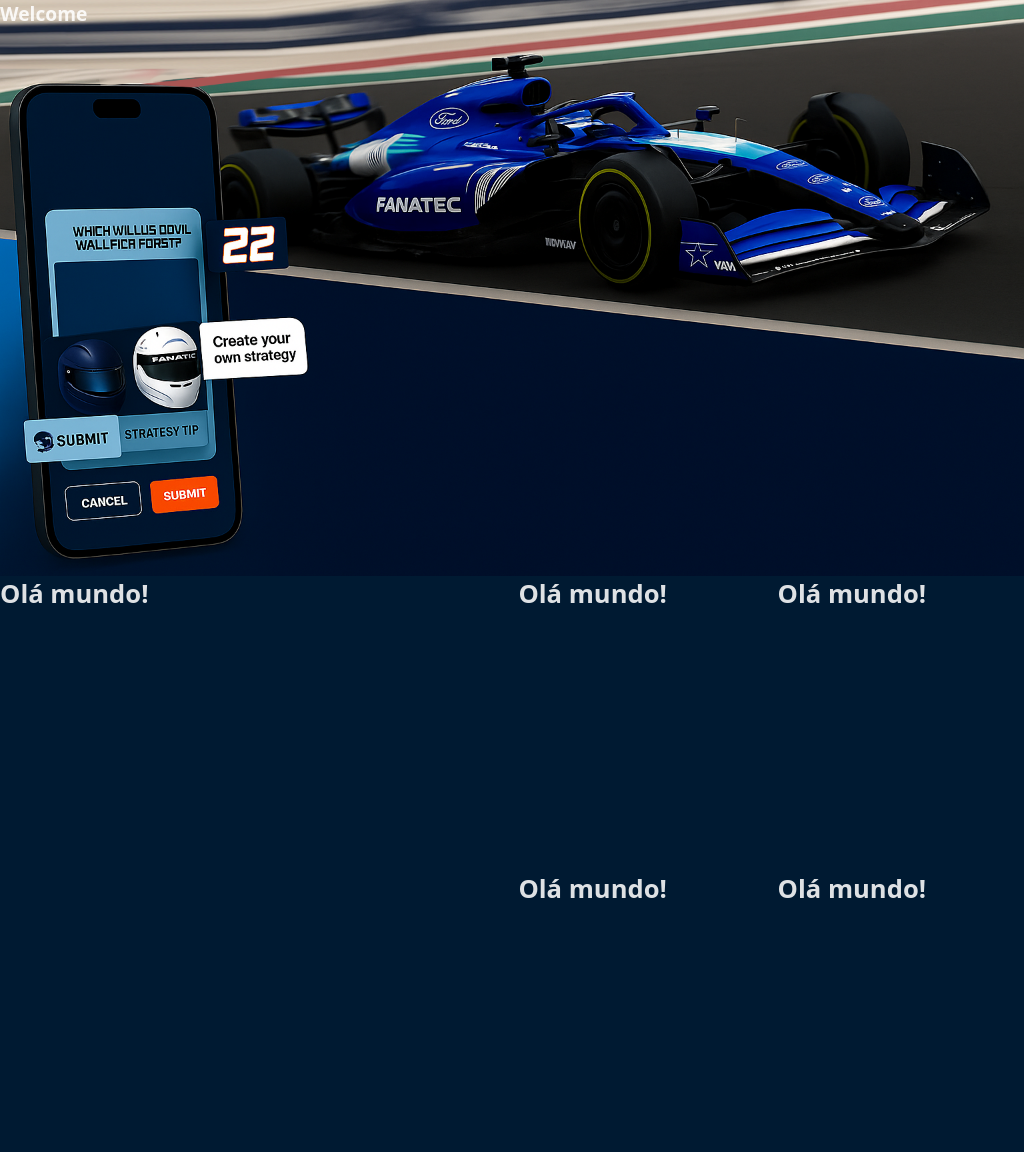
Repository: pedroantoniosi/ngm-esports-site
Page: /
An editor plug-in stored every save of this project. The page is shown before and after the next save, followed by the edit.
The browser window is 1280 px wide. The pictures show the whole page, at 80% of full size.
The project was rebuilt for these pictures with package versions that can differ from the ones it lists, and the page was loaded fresh each time. Also part of the build but not shown: vite.config.ts.

Above is the page before, as saved 2025-10-25 17:24:17.

### index.html
<!doctype html>
<html lang="en">
  <head>
    <meta charset="UTF-8" />
    <link rel="icon" type="image/svg+xml" href="/vite.svg" />
    <meta name="viewport" content="width=device-width, initial-scale=1.0" />
    <title>ngmesports</title>
  </head>
  <body>
    <div id="root"></div>
    <script type="module" src="/src/main.tsx"></script>
  </body>
</html>

### src/main.tsx
import { StrictMode } from "react";
import { createRoot } from "react-dom/client";
import "./index.css";
import "./reset.css";
import App from "./App.tsx";

createRoot(document.getElementById("root")!).render(
  <StrictMode>
    <App />
  </StrictMode>
);

### src/index.css
:root {
  font-family: system-ui, Avenir, Helvetica, Arial, sans-serif;
  font-weight: 400;

  color-scheme: light dark;
  color: rgba(255, 255, 255, 0.87);
  background-color: #001A32;

  font-synthesis: none;
  text-rendering: optimizeLegibility;
  -webkit-font-smoothing: antialiased;
  -moz-osx-font-smoothing: grayscale;
}

.container {
  max-width: 1660px;

}




.hero-container {
  background-color: red;
  min-height: 100svh;
  background-image: url('./assets/img/banner.png');
  background-repeat: no-repeat;
  background-size: cover;
}



.news-content {
  display: grid;
  grid-template-columns: repeat(4, 1fr);
  grid-template-rows: repeat(2, 1fr);
  gap: 16px;
  min-height: 100svh;

  & :nth-child(1) {
    grid-column: span 2 / span 2;
    grid-row: span 2 / span 2;
  }

  & :nth-child(2) {
    grid-column-start: 3;
  }

  & :nth-child(3) {
    grid-column-start: 4;
  }

  & :nth-child(4) {
    grid-column-start: 3;
    grid-row-start: 2;
  }

  & :nth-child(5) {
    grid-column-start: 4;
    grid-row-start: 2;
  }
}

### src/reset.css
/* <!-- ----------------------------------------------------------------------------------------------------------------- --> */
*,
*::before,
*::after {
  margin: 0;
  padding: 0;
  box-sizing: border-box;
  font-family: system-ui, -apple-system, BlinkMacSystemFont, "Segoe UI", Roboto, Oxygen, Ubuntu, Cantarell, "Open Sans", "Helvetica Neue", sans-serif;
}

input,
button,
select,
textarea {
  cursor: pointer;
  border: transparent;
  background-color: transparent;
  outline: none;
}

textarea {
  resize: none;
  min-height: 150px;

  /* Scrollbar moderno */
  &::-webkit-scrollbar {
    width: 12px;
    /* largura da barra lateral */
    height: 12px;
    /* altura da barra inferior */
  }

  &::-webkit-scrollbar-track {
    background: #0f0f0f;
    /* fundo do track */
  }

  &::-webkit-scrollbar-thumb {
    background-color: #555;
    border-radius: 10px;
    transition: background-color 0.3s ease;

    &:hover {
      background-color: #777;
      /* efeito hover suave */
    }

    &:active {
      background-color: #999;
      /* quando clica */
    }
  }

  /* Firefox */
  scrollbar-width: thin;
  scrollbar-color: #555 #0f0f0f;
}

ul,
ol {
  list-style: none;
}

a {
  text-decoration: none;
}

img,
picture {
  max-width: 100%;
  display: block;
  height: auto;
}

/* <!-- ----------------------------------------------------------------------------------------------------------------- --> */
.row-auto {
  display: flex;

  &>* {
    display: flex;
    flex: 1;
  }
}

.flex-1 {
  display: flex;
  flex: 1;
}

.flex-wrap {
  display: flex;
  flex-wrap: wrap;
}

/* <!-- ----------------------------------------------------------------------------------------------------------------- --> */
.row,
.row-xl,
.row-lg,
.row-md,
.row-sm {
  display: flex;
  flex-direction: row;
}

.col,
.col-xl,
.col-lg,
.col-md,
.col-sm {
  display: flex;
  flex-direction: column;
}

.row-reverse {
  display: flex;
  flex-direction: row-reverse;
}

.col-reverse {
  display: flex;
  flex-direction: column-reverse;
}

/* <!-- ----------------------------------------------------------------------------------------------------------------- --> */
.justify-center {
  justify-content: center;
}

.justify-around {
  justify-content: space-around;
}

.justify-between {
  justify-content: space-between;
}

.justify-evenly {
  justify-content: space-evenly;
}

.justify-start {
  justify-content: flex-start;
}

.justify-end {
  justify-content: flex-end;
}

/* <!-- ----------------------------------------------------------------------------------------------------------------- --> */
.align-center {
  align-items: center;
}

.align-start {
  align-items: start;
}

.align-end {
  align-items: end;
}

.align-self-center {
  align-self: center;
}

.align-self-start {
  align-self: flex-start;
}

.align-self-end {
  align-self: end;
}

/* <!-- ----------------------------------------------------------------------------------------------------------------- --> */
.gap-05 {
  gap: 0.5rem;
}

.gap-1 {
  gap: 1rem;
}

.gap-2 {
  gap: 2rem;
}

.gap-3 {
  gap: 3rem;
}

.gap-4 {
  gap: 4rem;
}

.gap-5 {
  gap: 5rem;
}

/* <!-- ----------------------------------------------------------------------------------------------------------------- --> */
.grid-auto {
  display: grid;
  grid-auto-flow: column;
  grid-auto-columns: 1fr;
}

.grid-2 {
  grid-template-columns: repeat(2, 1fr);
  grid-template-rows: auto;
}

.grid-3 {
  grid-template-columns: repeat(3, 1fr);
  grid-template-rows: auto;
}

.grid-4 {
  grid-template-columns: repeat(4, 1fr);
  grid-template-rows: auto;
}

.grid-5 {
  grid-template-columns: repeat(5, 1fr);
  grid-template-rows: auto;
}

.grid-6 {
  grid-template-columns: repeat(6, 1fr);
  grid-template-rows: auto;
}

.grid-7 {
  grid-template-columns: repeat(7, 1fr);
  grid-template-rows: auto;
}

.grid-8 {
  grid-template-columns: repeat(8, 1fr);
  grid-template-rows: auto;
}

.grid-9 {
  grid-template-columns: repeat(9, 1fr);
  grid-template-rows: auto;
}

.grid-10 {
  grid-template-columns: repeat(10, 1fr);
  grid-template-rows: auto;
}

.grid-11 {
  grid-template-columns: repeat(11, 1fr);
  grid-template-rows: auto;
}

.grid-12 {
  grid-template-columns: repeat(12, 1fr);
  grid-template-rows: auto;
}

.grid-2,
.grid-3,
.grid-4,
.grid-5,
.grid-6,
.grid-7,
.grid-8,
.grid-9,
.grid-10,
.grid-11,
.grid-12 {
  display: grid;
  grid-template-rows: 1fr;
}

/* <!-- -------------------------------- Margin -------------------------------- --> */
.m-auto {
  margin: 0 auto;
}

.mt-auto {
  margin-top: auto;
}

.mb-auto {
  margin-bottom: auto;
}

.ms-auto {
  margin-left: auto;
}

.me-auto {
  margin-right: auto;
}

.m-0 {
  margin: 0;
}

.m-05 {
  margin: 0.5rem;
}

.m-1 {
  margin: 1rem;
}

.m-2 {
  margin: 2rem;
}

.m-3 {
  margin: 3rem;
}

.m-4 {
  margin: 4rem;
}

.m-5 {
  margin: 5rem;
}

.mt-05 {
  margin-top: 0.5rem;
}

.mt-1 {
  margin-top: 1rem;
}

.mt-2 {
  margin-top: 2rem;
}

.mt-3 {
  margin-top: 3rem;
}

.mt-4 {
  margin-top: 4rem;
}

.mt-5 {
  margin-top: 5rem;
}

.mb-05 {
  margin-bottom: 0.5rem;
}

.mb-1 {
  margin-bottom: 1rem;
}

.mb-2 {
  margin-bottom: 2rem;
}

.mb-3 {
  margin-bottom: 3rem;
}

.mb-4 {
  margin-bottom: 4rem;
}

.mb-5 {
  margin-bottom: 5rem;
}

.ms-05 {
  margin-left: 0.5rem;
}

.ms-1 {
  margin-left: 1rem;
}

.ms-2 {
  margin-left: 2rem;
}

.ms-3 {
  margin-left: 3rem;
}

.ms-4 {
  margin-left: 4rem;
}

.ms-5 {
  margin-left: 5rem;
}

.me-05 {
  margin-right: 0.5rem;
}

.me-1 {
  margin-right: 1rem;
}

.me-2 {
  margin-right: 2rem;
}

.me-3 {
  margin-right: 3rem;
}

.me-4 {
  margin-right: 4rem;
}

.me-5 {
  margin-right: 5rem;
}

.mx-05 {
  margin-left: 0.5rem;
  margin-right: 0.5rem;
}

.mx-1 {
  margin-left: 1rem;
  margin-right: 1rem;
}

.mx-2 {
  margin-left: 2rem;
  margin-right: 2rem;
}

.mx-3 {
  margin-left: 3rem;
  margin-right: 3rem;
}

.mx-4 {
  margin-left: 4rem;
  margin-right: 4rem;
}

.mx-5 {
  margin-left: 5rem;
  margin-right: 5rem;
}

.my-05 {
  margin-top: 0.5rem;
  margin-bottom: 0.5rem;
}

.my-1 {
  margin-top: 1rem;
  margin-bottom: 1rem;
}

.my-2 {
  margin-top: 2rem;
  margin-bottom: 2rem;
}

.my-3 {
  margin-top: 3rem;
  margin-bottom: 3rem;
}

.my-4 {
  margin-top: 4rem;
  margin-bottom: 4rem;
}

.my-5 {
  margin-top: 5rem;
  margin-bottom: 5rem;
}

/* <!-- -------------------------------- Padding -------------------------------- --> */
.p-0 {
  padding: 0;
}

.p-05 {
  padding: 0.5rem;
}

.p-1 {
  padding: 1rem;
}

.p-2 {
  padding: 2rem;
}

.p-3 {
  padding: 3rem;
}

.p-4 {
  padding: 4rem;
}

.p-5 {
  padding: 5rem;
}

.pt-05 {
  padding-top: 0.5rem;
}

.pt-1 {
  padding-top: 1rem;
}

.pt-2 {
  padding-top: 2rem;
}

.pt-3 {
  padding-top: 3rem;
}

.pt-4 {
  padding-top: 4rem;
}

.pt-5 {
  padding-top: 5rem;
}

.pb-05 {
  padding-bottom: 0.5rem;
}

.pb-1 {
  padding-bottom: 1rem;
}

.pb-2 {
  padding-bottom: 2rem;
}

.pb-3 {
  padding-bottom: 3rem;
}

.pb-4 {
  padding-bottom: 4rem;
}

.pb-5 {
  padding-bottom: 5rem;
}

.ps-05 {
  padding-left: 0.5rem;
}

.ps-1 {
  padding-left: 1rem;
}

.ps-2 {
  padding-left: 2rem;
}

.ps-3 {
  padding-left: 3rem;
}

.ps-4 {
  padding-left: 4rem;
}

.ps-5 {
  padding-left: 5rem;
}

.pe-05 {
  padding-right: 0.5rem;
}

.pe-1 {
  padding-right: 1rem;
}

.pe-2 {
  padding-right: 2rem;
}

.pe-3 {
  padding-right: 3rem;
}

.pe-4 {
  padding-right: 4rem;
}

.pe-5 {
  padding-right: 5rem;
}

.px-05 {
  padding-left: 0.5rem;
  padding-right: 0.5rem;
}

.px-1 {
  padding-left: 1rem;
  padding-right: 1rem;
}

.px-2 {
  padding-left: 2rem;
  padding-right: 2rem;
}

.px-3 {
  padding-left: 3rem;
  padding-right: 3rem;
}

.px-4 {
  padding-left: 4rem;
  padding-right: 4rem;
}

.px-5 {
  padding-left: 5rem;
  padding-right: 5rem;
}

.py-05 {
  padding-top: 0.5rem;
  padding-bottom: 0.5rem;
}

.py-1 {
  padding-top: 1rem;
  padding-bottom: 1rem;
}

.py-2 {
  padding-top: 2rem;
  padding-bottom: 2rem;
}

.py-3 {
  padding-top: 3rem;
  padding-bottom: 3rem;
}

.py-4 {
  padding-top: 4rem;
  padding-bottom: 4rem;
}

.py-5 {
  padding-top: 5rem;
  padding-bottom: 5rem;
}

/* <!-- -------------------------------- Tools -------------------------------- --> */
.position-absolute {
  position: absolute;
}

.center-aboslute {
  top: 50%;
  left: 50%;
  transform: translate(-50%, -50%);
}

.position-relative {
  position: relative;
}

.position-fixed {
  position: fixed;
}

.position-sticky {
  position: sticky;
}

/* <!-- -------------------------------- Display -------------------------------- --> */
.row,
.row-xl,
.row-lg,
.row-md,
.row-sm {
  display: flex;
}

.d-grid,
.d-grid-xl,
.d-grid-lg,
.d-grid-md,
.d-grid-sm {
  display: grid;
}

.d-none,
.d-none-xl,
.d-none-lg,
.d-none-md,
.d-none-sm {
  display: none;
}

.d-block,
.d-block-xl,
.d-block-lg,
.d-block-md,
.d-block-sm {
  display: block;
}

.d-flex,
.d-flex-xl,
.d-flex-lg,
.d-flex-md,
.d-flex-sm {
  display: flex;
}

/* <!-- -------------------------------- Tools -------------------------------- --> */
.cursor-pointer {
  cursor: pointer;
}

.overflow-hidden {
  overflow: hidden;
}

.textwrap-none {
  white-space: none;
}

.select-none {
  -webkit-user-select: none;
  -moz-user-select: none;
  user-select: none;
}

.text-center {
  text-align: center;
}

.place-center {
  place-items: center;
}

.w-100 {
  width: 100%;
}

.h-100 {
  height: 100%;
}

/* Large screen devices (Desktops) */
@media (max-width: 992px) {
  .row-lg {
    display: flex;
    flex-direction: column;
  }

  .d-flex-lg {
    display: none;
  }

  .d-none-lg {
    display: block;
  }
}

/* Medium Screens Devices (Tablets) */
@media (max-width: 768px) {
  .row-md {
    display: flex;
    flex-direction: column;
  }

  .d-flex-md {
    display: none;
  }

  .d-none-md {
    display: block;
  }
}

/*  Small devices (Phones) */
@media (max-width: 568px) {
  .row-sm {
    display: flex;
    flex-direction: column;
  }

  .d-flex-sm {
    display: none;
  }

  .d-none-sm {
    display: block;
  }
}

/*# sourceMappingURL=reset.css.map */

### src/App.tsx
import Hero from "./components/Hero/Index";
import NewsTemplate from "./components/Template/NewsTemplate";

function App() {
  return (
    <>
      <Hero />
      <NewsTemplate />
    </>
  );
}

export default App;

### src/components/Hero/Index.tsx
import React from "react";

interface HeroProps {
  title?: string;
  subtitle?: string;
  children?: React.ReactNode;
}

const Hero = ({ title = "Welcome", subtitle, children }: HeroProps) => {
  return (
    <section className="hero-container" role="banner" aria-label="Hero">
      <div className="hero-content">
        <h1>{title}</h1>
        {subtitle && <p className="hero-subtitle">{subtitle}</p>}
        {children}
      </div>
    </section>
  );
};

export default Hero;

### src/components/Template/NewsTemplate.tsx
const NewsTemplate = () => {
  return (
    <>
      <div className="news-content">
        <h1>Olá mundo!</h1>
        <h1>Olá mundo!</h1>
        <h1>Olá mundo!</h1>
        <h1>Olá mundo!</h1>
        <h1>Olá mundo!</h1>
      </div>
    </>
  );
};

export default NewsTemplate;

After the next save:
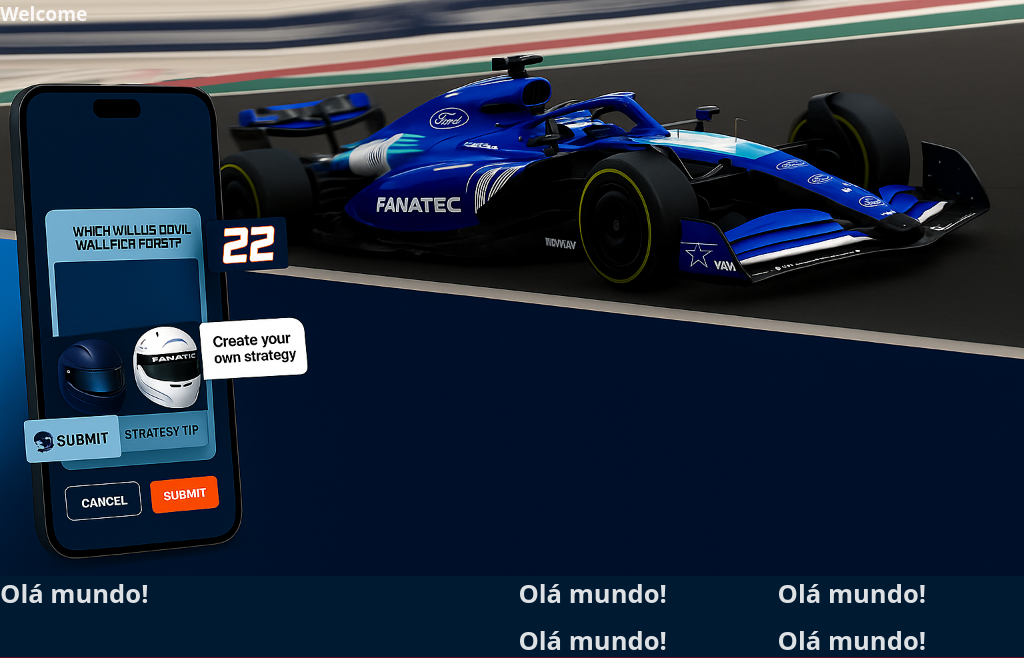
Saved 7 min 17 s later.
--- a/src/index.css
+++ b/src/index.css
@@ -35,7 +35,6 @@
   grid-template-columns: repeat(4, 1fr);
   grid-template-rows: repeat(2, 1fr);
   gap: 16px;
-  min-height: 100svh;
 
   & :nth-child(1) {
     grid-column: span 2 / span 2;
